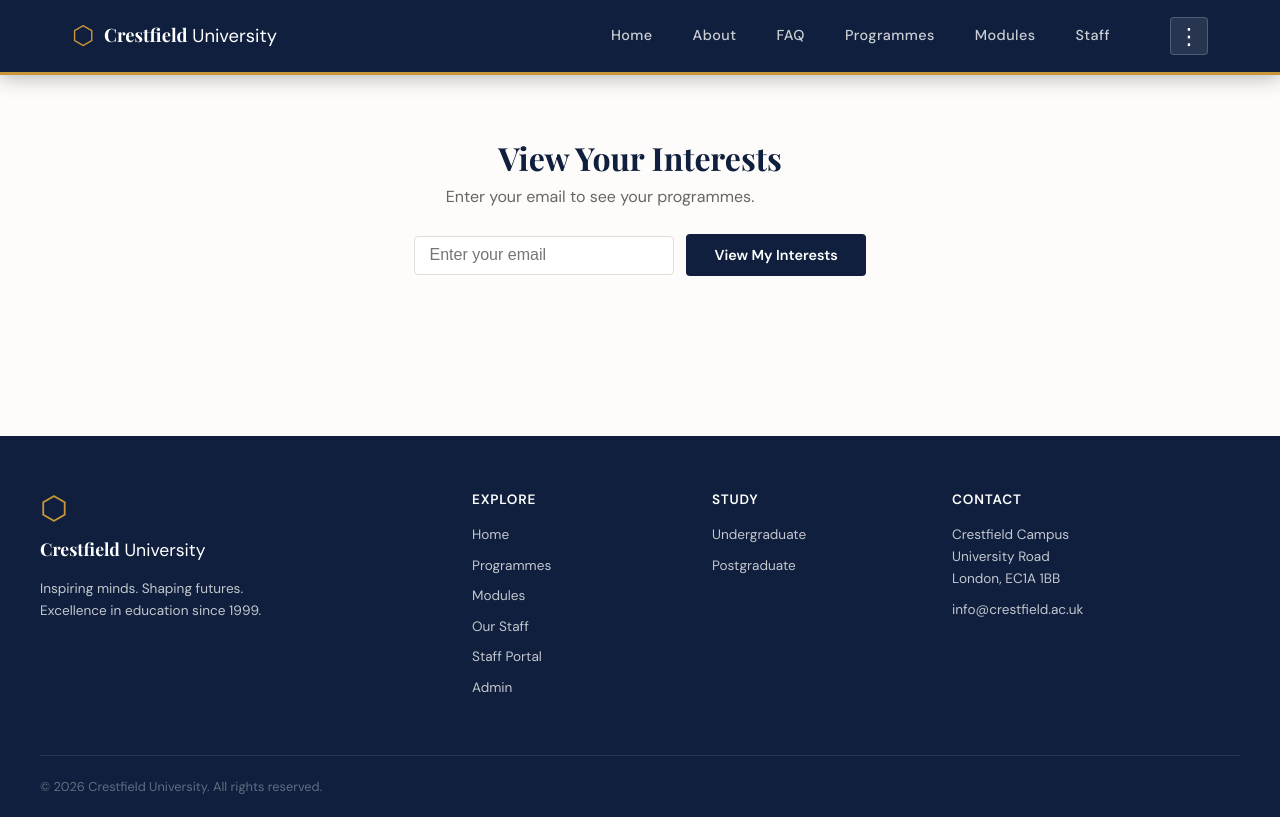
Repository: dowrinprity-blip/Web-Project
Page: http://localhost/University/my-interests.php
An editor plug-in stored every save of this project. The page is shown before and after the next save, followed by the edit.
The browser window is 1280 px wide. The pictures show the whole page.
The page is run by PHP 8.4 with error messages shown; the project is at /var/www/html/.

Above is the page before, as saved 2026-03-25 20:47:03.

After the next save:
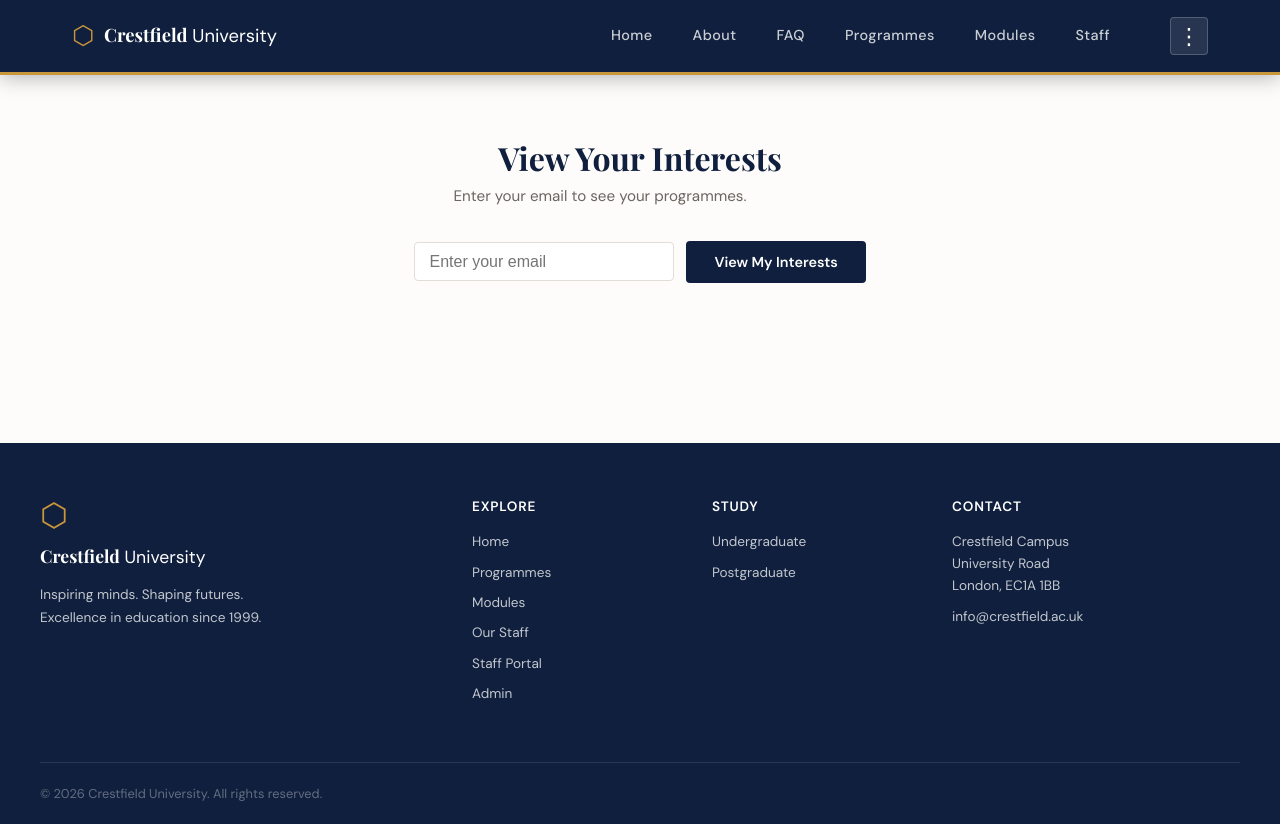
Saved 4 min 41 s later.
--- a/my-interests.php
+++ b/my-interests.php
@@ -52,9 +52,12 @@ if (!empty($email)) {
 <section class="section">
     <div class="section-inner" style="max-width:1000px;margin:0 auto;">
 
-        <div class="section-header" style="text-align:center;max-width:600px;margin:0 auto 1.5rem auto;">
-    <h2 style="margin-bottom:.4rem;">View Your Interests</h2>
-    <p style="color:var(--text-muted);margin:0;">
+        <div class="section-header" style="text-align:center;max-width:600px;margin:0 auto 2rem auto;">
+    <h2 style="margin:0;line-height:1.2;">
+        View Your Interests
+    </h2>
+
+    <p style="margin:.4rem 0 0 0;color:var(--text-muted);font-size:.95rem;">
         Enter your email to see your programmes.
     </p>
 </div>
